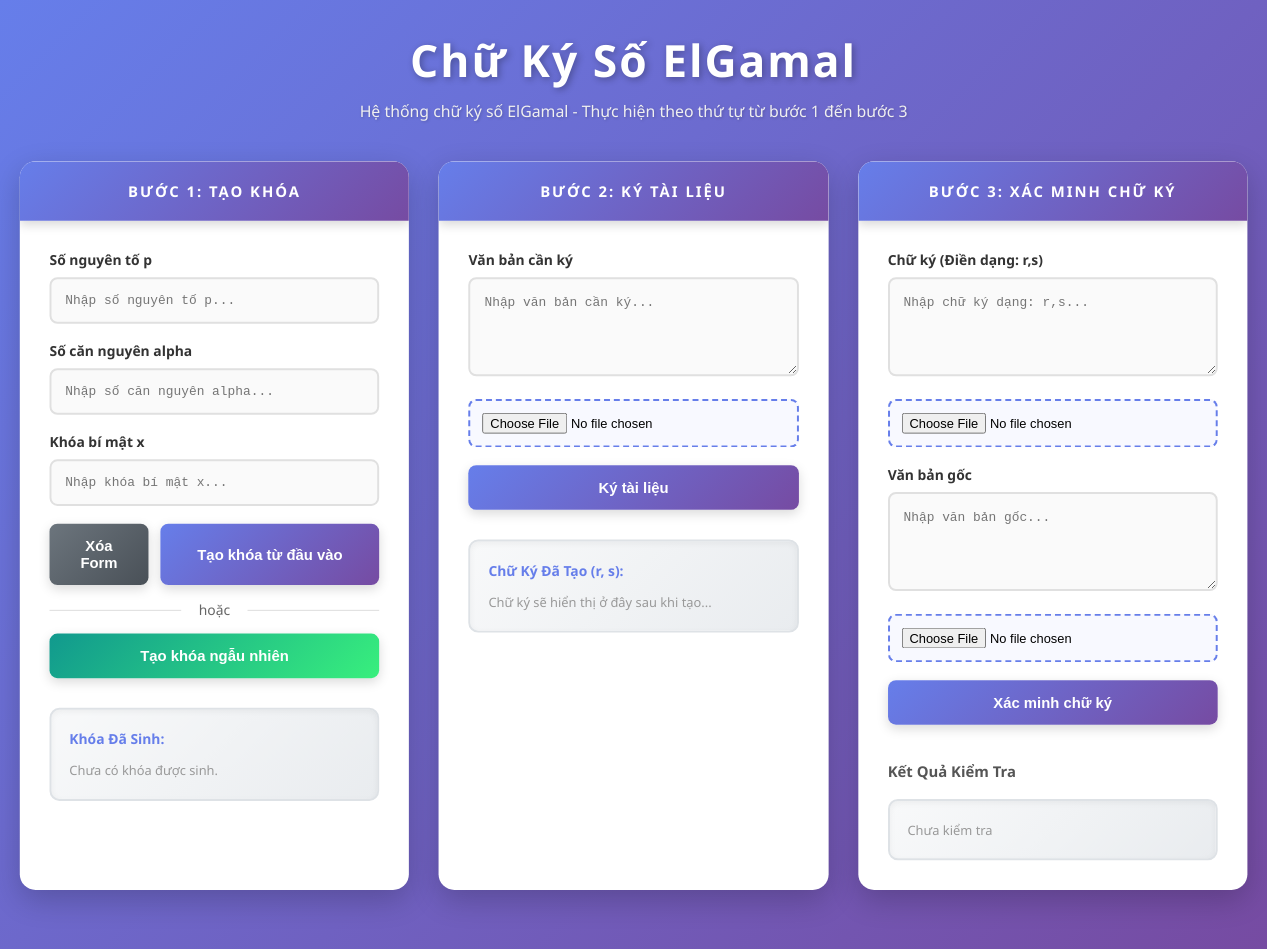
Repository: khanhvu254/ElgamalDigitalSignature
Page: http://localhost/ElgamalDigitalSignature/
These files come from the project's save history. The page is drawn as it stood at one moment and after the next save; the edit follows.
The browser window is 1280 px wide. The pictures show the whole page, at 99% of full size.
The page is served by Tomcat 9. The template is opened directly, without the code that normally fills it, so the values that code supplies are empty.

Above is the page before, as saved 2025-12-09 09:22:56.

After the next save:
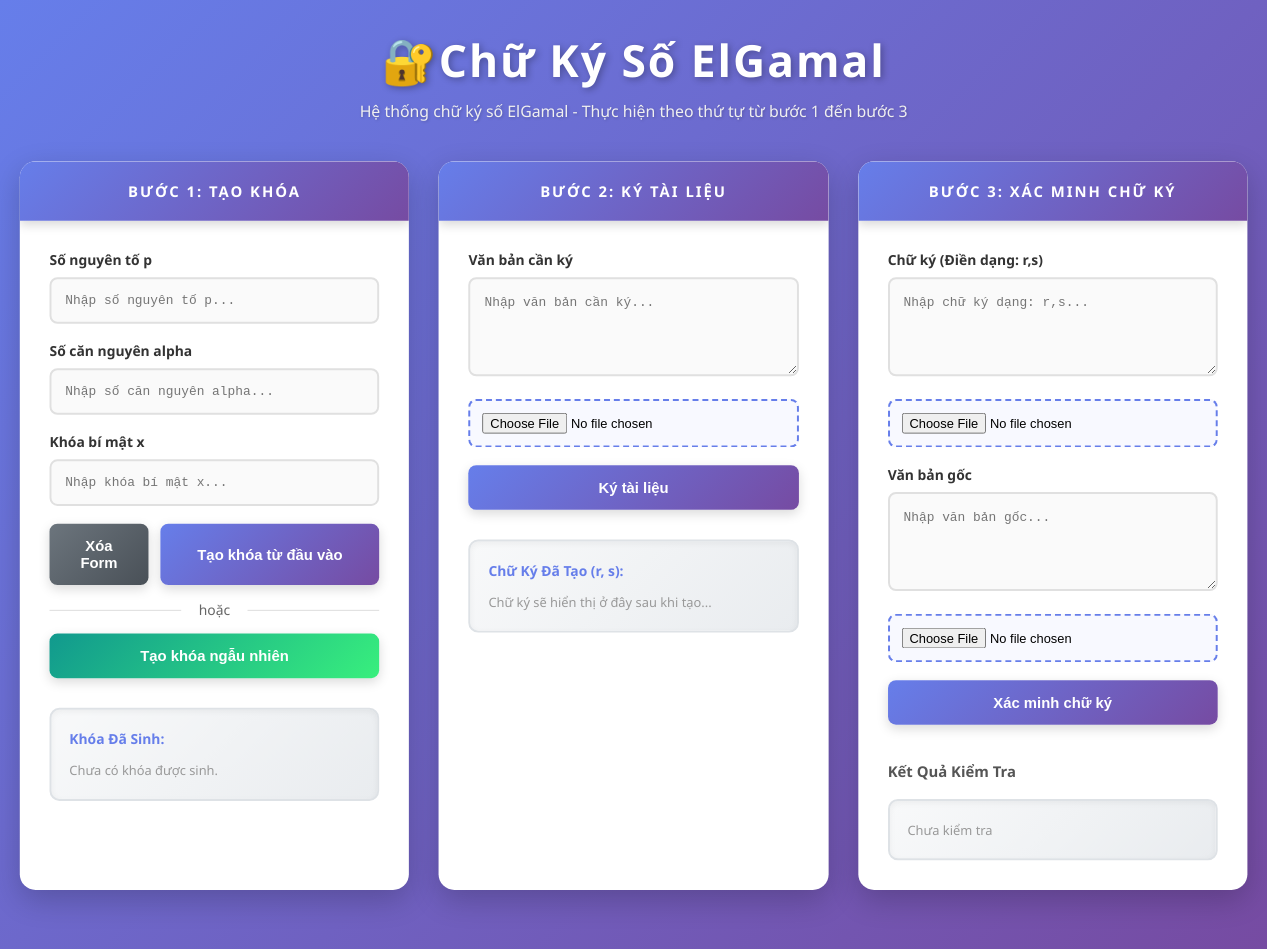
Saved 1 s later.
--- a/ElgamalDigitalSignature/src/main/webapp/index.jsp
+++ b/ElgamalDigitalSignature/src/main/webapp/index.jsp
@@ -29,7 +29,7 @@
 <body>
 
 <div class="container">
-    <h1>Chữ Ký Số ElGamal</h1>
+    <h1>🔐Chữ Ký Số ElGamal</h1>
     <p class="subtitle">Hệ thống chữ ký số ElGamal - Thực hiện theo thứ tự từ bước 1 đến bước 3</p>
 
     <%
